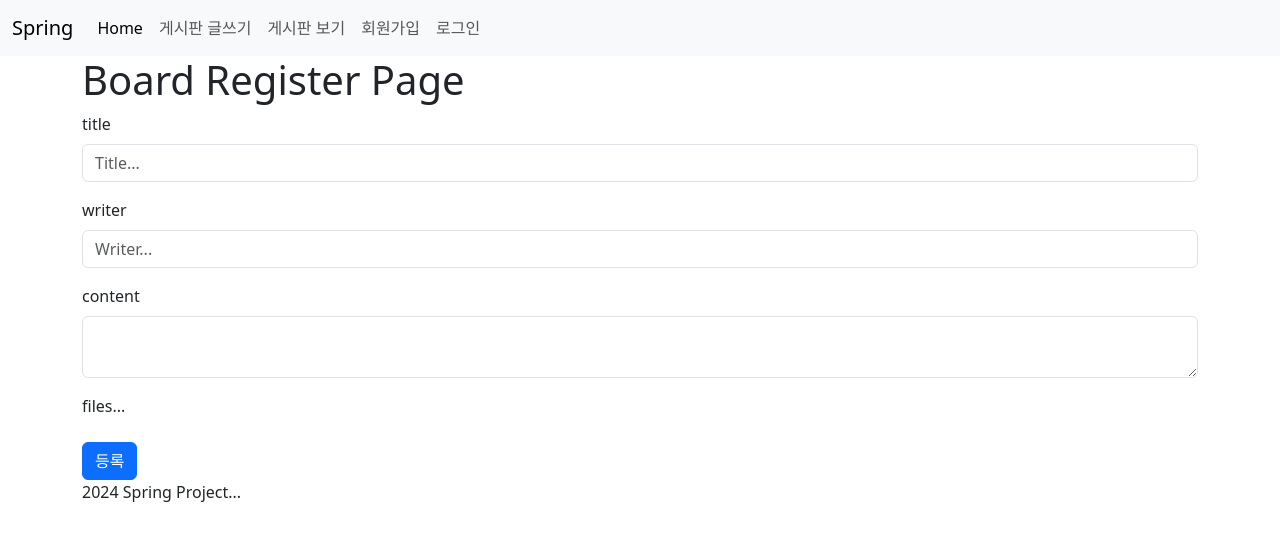
Repository: dhalfks/springTest240430
Page: http://localhost/spring_study/WEB-INF/views/board/register.jsp
An editor plug-in stored every save of this project. The page is shown before and after a run of saves, followed by the edit.
The browser window is 1280 px wide. The pictures show the whole page.
The page is served by Tomcat 9. Nobody is signed in. The template is opened directly, without the code that normally fills it, so the values that code supplies are empty.

Above is the page before, as saved 2024-04-29 01:35:01.

After the next 2 saves:
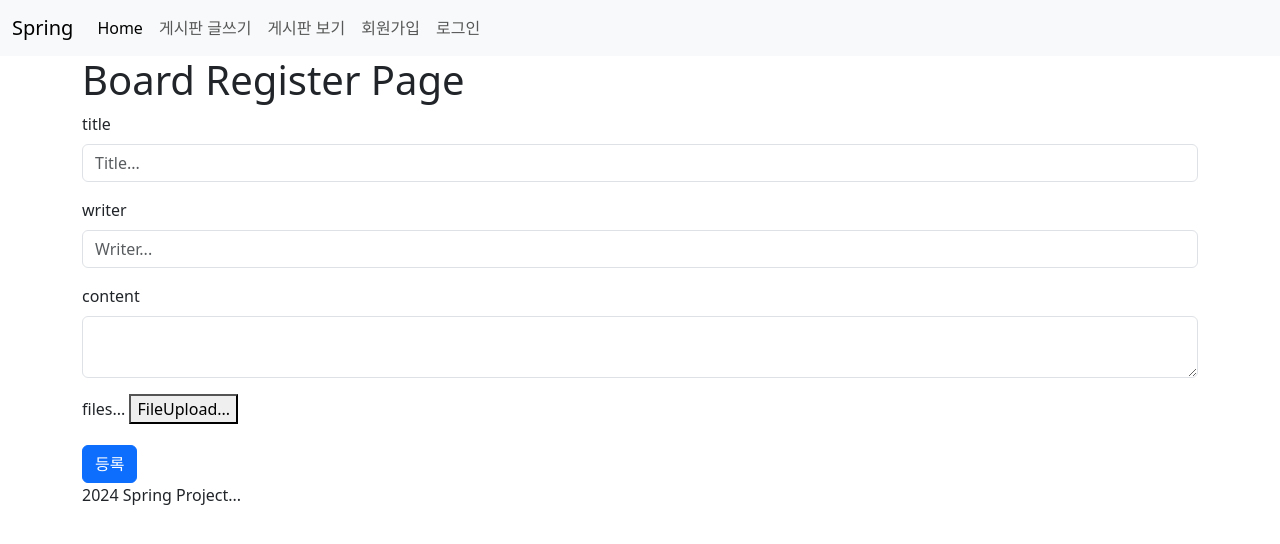
The 2 saves are shown as one change because they came seconds apart.
The last was saved 40 s later.
--- a/spring_study/src/main/webapp/WEB-INF/views/board/register.jsp
+++ b/spring_study/src/main/webapp/WEB-INF/views/board/register.jsp
@@ -21,6 +21,7 @@
 		<div class="mb-3">
 		  <label for="file" class="form-label">files...</label>
 		  <input type="file" class="form-control" name="files" id="file" multiple="multiple" style="display: none">
+		  <button type="button" class="">FileUpload...</button>
 		</div>
 
 
